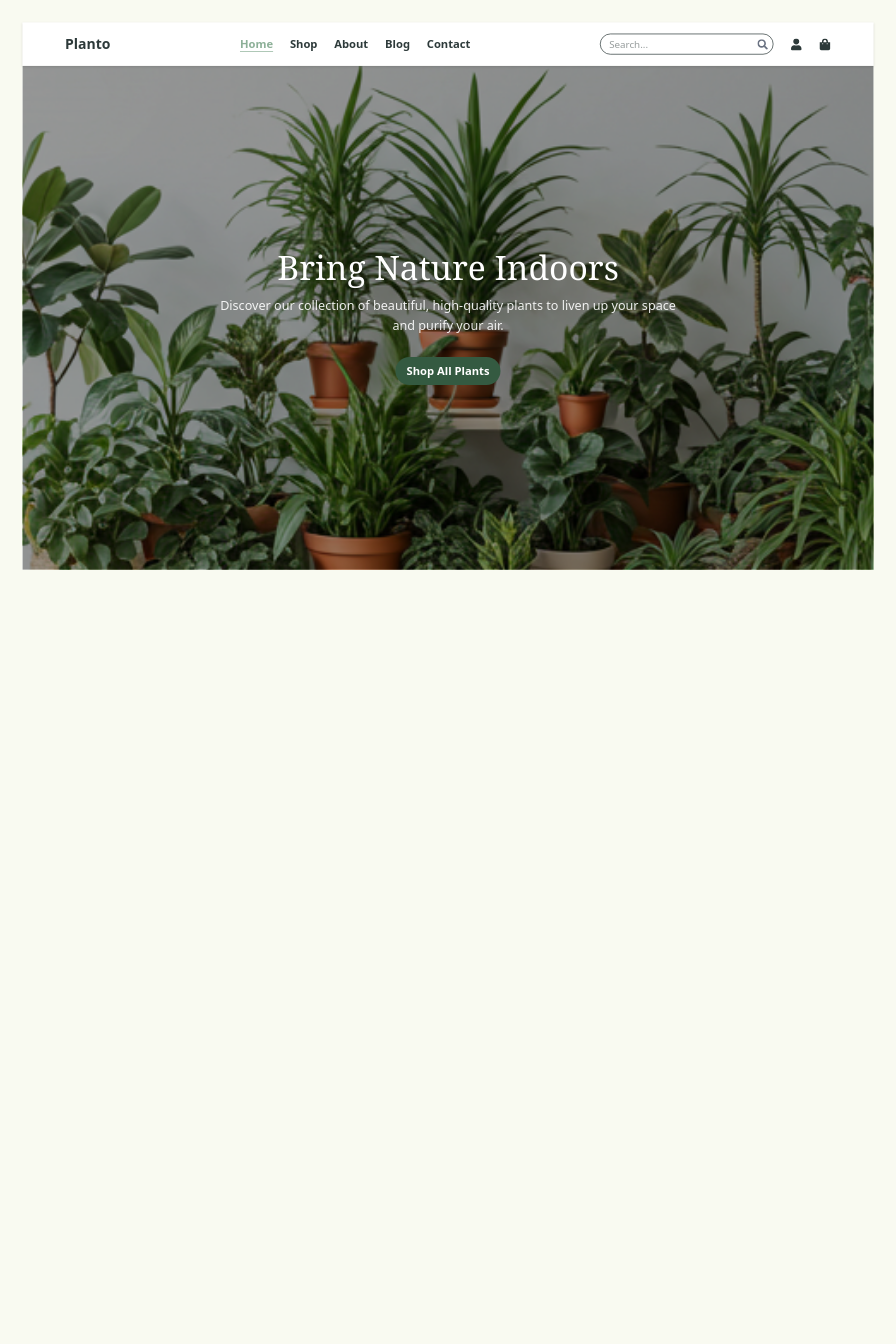
Repository: mazenessam99/Planto
Page: /
These files come from the project's save history. The page is drawn as it stood at one moment and after the next save; the edit follows.
The browser window is 1280 px wide. The pictures show the part of the page from y = 0 to 1920 px (the page is 10000 px tall before and 846 px after), at 70% of full size.
The project was rebuilt for these pictures with package versions that can differ from the ones it lists, and the page was loaded fresh each time. Also part of the build but not shown: vite.config.js.

Above is the page before, as saved 2025-11-22 01:13:45.

After the next save:
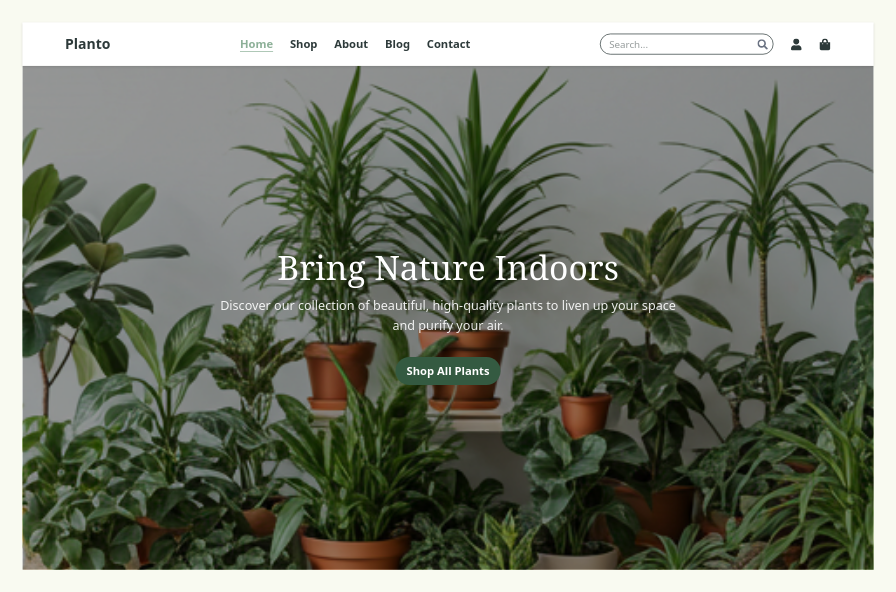
Saved 5 s later.
--- a/src/index.css
+++ b/src/index.css
@@ -15,7 +15,6 @@
 @layer base {
   body {
     @apply  bg-[#F9FAF1] text-gray-900;
-    height:10000px
   }
 }
 
